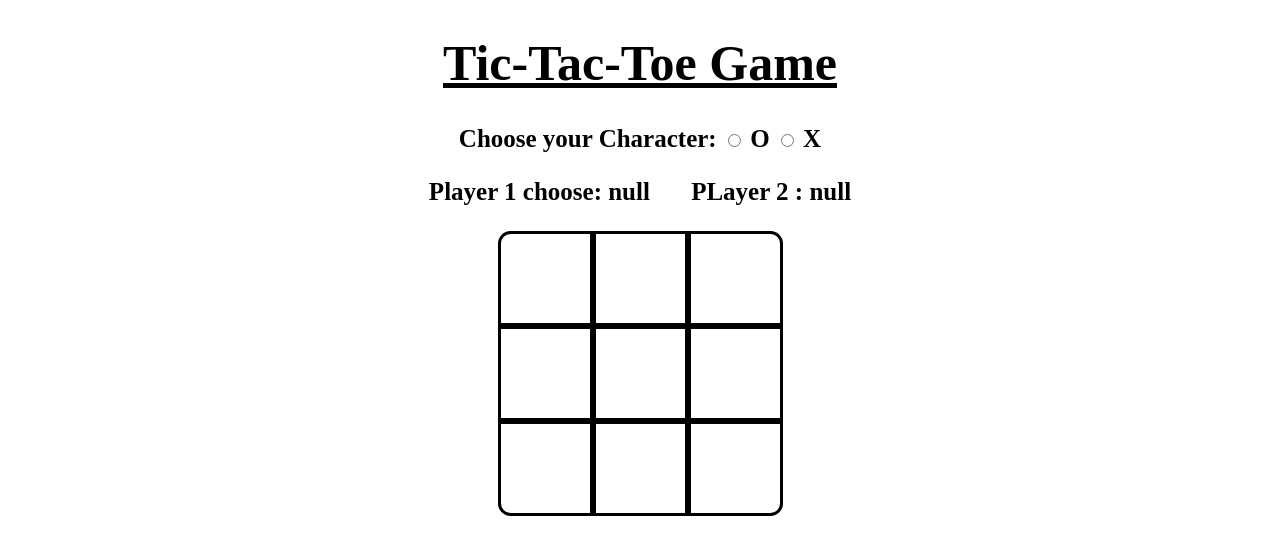
Repository: 0101chaitanya/Tic-Tac-Toe
Page: index.html
The author's editor kept a copy of each file at every save. The page is drawn from the files as they stood at one save, then again after the next save.
The browser window is 1280 px wide. The pictures show the whole page.

Above is the page before, as saved 2021-06-12 12:32:00.

### index.html
<!DOCTYPE html>
<html>

<head>
    <meta charset="utf-8">
    <title>Tic-Tac-Toe Game</title>
    <meta name="viewport" content="width=device-width, initial-scale=1">

    <link rel="stylesheet" href="styles.css">
</head>

<body>
    <div id='block1'>
        <h1 id="heading">Tic-Tac-Toe Game</h1>
        <form>
            Choose your Character:
            <input value="O" name="radio" onclick="eventFun.setUser(this)" type="radio">
            <label for="O">O</label>
            <input value="X" name="radio" onclick="eventFun.setUser(this)" type="radio">
            <label for="X">X</label>

        </form>
        <div id="player">
            <span id='1'>Player 1 choose:</span>
            <span id='2'>PLayer 2 :</span>
        </div>
        <form id="gameSquare">
            <section id="row1">
                <div id="r1Column1"></div>
                <div id="rlColumn2"></div>
                <div id="rlColumn3"></div>
            </section>
            <section id="row2">
                <div id="r2Column1"></div>
                <div id="r2Column2"></div>
                <div id="r2Column3"></div>
            </section>
            <section id="row3">
                <div id="r3Column1"></div>
                <div id="r3Column2"></div>
                <div id="r3Column3"></div>
            </section>
        </form>
    </div>
    <div id="ResultBox">
        <span id="closebtn">&times;</span>
        <strong id="resultOut"></strong>
    </div>

</body>
<script type="text/javascript" src="script.js"></script>

</html>

### styles.css
:root {
    text-align: center;
    font-weight: bold;
}

* {
    box-sizing: border-box;
}

@media screen and (max-width: 400px) {
     :root {
        font-size: 14px;
    }
}

@media screen and (min-width: 401px) and (max-width: 700px) {
     :root {
        font-size: 18px;
    }
}

@media screen and (min-width: 701px) {
     :root {
        font-size: 25px;
    }
}

body {
    /* filter: saturate(180%) blur(20rem);
   filter:  blur(0);

    */
    backdrop-filter: blur(20rem);
}

h1 {
    text-decoration: underline;
}

label>input {
    color: red;
    border: 1px solid;
}

#player {
    display: block;
    margin: 1rem auto 1rem auto;
}

#player>span {
    margin: auto 0.7rem auto 0.7rem;
}

#gameSquare {
    width: min-content;
    height: min-content;
    display: block;
    margin: auto;
}

#gameSquare>section:nth-child(n) {
    /* border-style: solid;
     */
    width: min-content;
    height: min-content;
    display: flex;
    justify-content: center;
    align-items: center;
}

#gameSquare>section:nth-child(n)>div:nth-child(n) {
    display: flex;
    margin: auto;
    width: 3.8rem;
    height: 3.8rem;
    border-style: solid;
    border-width: 0.15rem;
    justify-content: center;
    align-items: center;
    font-size: 1.8rem;
}

#gameSquare>section:nth-child(1)>div:nth-child(1) {
    border-top-left-radius: 0.5rem;
}

#gameSquare>section:nth-child(1)>div:nth-child(3) {
    border-top-right-radius: 0.5rem;
}

#gameSquare>section:nth-child(3)>div:nth-child(1) {
    border-bottom-left-radius: 0.5rem;
}

#gameSquare>section:nth-child(3)>div:nth-child(3) {
    border-bottom-right-radius: 0.5rem;
}

#ResultBox {
    height: fit-content;
    width: 13rem;
    display: none;
    margin-left: auto;
    margin-right: auto;
    margin-top: 3rem;
    position: relative;
    top: -12rem;
    border-color: rgb(162, 162, 192);
    background-color: rgb(15, 44, 138);
    color: white;
    opacity: 1;
    transition: opacity 0.6s;
    margin-bottom: 15px;
    border-radius: 1rem;
    padding: 1rem;
    text-align: center;
}

#resultOut {
    color: #f0e0e4;
    font-weight: bold;
}

#closebtn {
    margin-left: 15px;
    color: white;
    font-weight: bold;
    float: right;
    font-size: 22px;
    line-height: 20px;
    cursor: pointer;
    transition: 0.3s;
}

#closebtn:hover {
    color: rgb(38, 170, 82);
}

### script.js
"use strict";
let eventFun = (function() {
    let user1Selection, user2Selection, runningCharacter;
    let runningNumber = 0,
        result;

    function setUser(given) {
        localStorage.setItem("user1Selection", given.value);
        document.querySelector(`form`).submit();
    }
    user1Selection = localStorage.getItem("user1Selection");
    user2Selection =
        user1Selection != null ? (user1Selection === "X" ? "O" : "X") : null;
    runningCharacter = user1Selection;
    document.getElementById('1').textContent += ` ` + user1Selection || ' ';
    document.getElementById('2').textContent += ` ` + user2Selection || ' ';

    let array = Array.from(
        document.getElementById("gameSquare").querySelectorAll("div")
    );

    function switchRunChar() {
        runningCharacter = runningCharacter === "O" ? "X" : "O";
        runningNumber = runningNumber === 0 ? 1 : 0;
    }

    function text(i) {
        return array[i].textContent;
    }
    let newArray = Array(array.length).fill();

    function arrayCreator(index, incrementer) {
        return [
            newArray[index],
            newArray[index + incrementer],
            newArray[index + 2 * incrementer],
        ];
    }
    let count = 0;

    let horizontalArray;
    let verticalArray;
    let diagonalArray;

    function parser(arrayInput) {
        let arr = arrayInput.map((item, index) => {
            let res = item.reduce((stack, item) => {
                stack += item;
                return stack;
            });
            return res;
        });
        return arr;
    }

    function send(input) {
        let block1 = document.getElementById('block1');
        block1.style.filter = 'blur(0.5rem)';
        document.getElementById('ResultBox').style.display = 'block';
        document.getElementById('resultOut').textContent = input;
        let close = document.getElementById('closebtn');
        close.onclick = function() {
            let div = this.parentElement;
            div.style.opacity = '0';
            setTimeout(function() {
                div.style.display = "none";
                block1.style.filter = 'blur(0.0rem)';

            }, 600);
        };

    }

    function check(input) {
        input.forEach((item) => {
            if (item === 3) {
                result = item;
                send("Player 2 won");
            } else if (item === 0) {
                result = item;
                send("Player 1 won");
            }
        });
    }

    function checkWin() {
        horizontalArray = [
            arrayCreator(0, 1),
            arrayCreator(3, 1),
            arrayCreator(6, 1),
        ];
        verticalArray = [
            arrayCreator(0, 3),
            arrayCreator(1, 3),
            arrayCreator(2, 3),
        ];
        diagonalArray = [arrayCreator(0, 4), arrayCreator(2, 2)];

        let horizontalParsed = parser(horizontalArray);
        let verticalParsed = parser(verticalArray);

        let diagonalParsed = parser(diagonalArray);
        check(horizontalParsed);
        check(verticalParsed);
        check(diagonalParsed);

        if (count == 8) {
            console.table(horizontalArray, verticalArray, diagonalArray);
            console.table({
                horizontalParsed: horizontalParsed,
                verticalParsed: verticalParsed,
                diagonalParsed: diagonalParsed,
            });
            console.table(newArray);
            if (result == undefined) {
                send("draw");
            }
        }
    }

    let setOutput = function(e, index) {
        e.target.textContent = runningCharacter;
        e.target.removeEventListener("click", (e) => setOutput(e));
        newArray.splice(index, 1, runningNumber);
        switchRunChar();
        checkWin();

        count++;
    };
    array.forEach((item, index) => {
        item.textContent = "";
        item.addEventListener("click", (e) => setOutput(e, index), { once: true });
    });
    return { result, array, setOutput, setUser, count };
})();

After the next save:
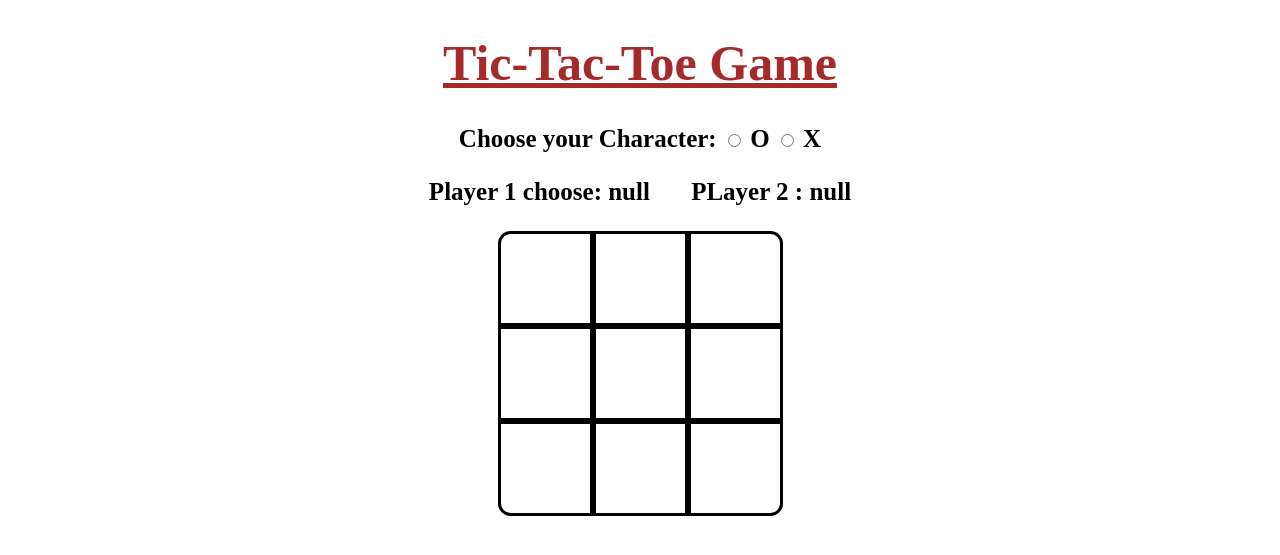
Saved 40 s later.
--- a/styles.css
+++ b/styles.css
@@ -34,6 +34,7 @@ body {
 }
 
 h1 {
+    color: brown;
     text-decoration: underline;
 }
 
